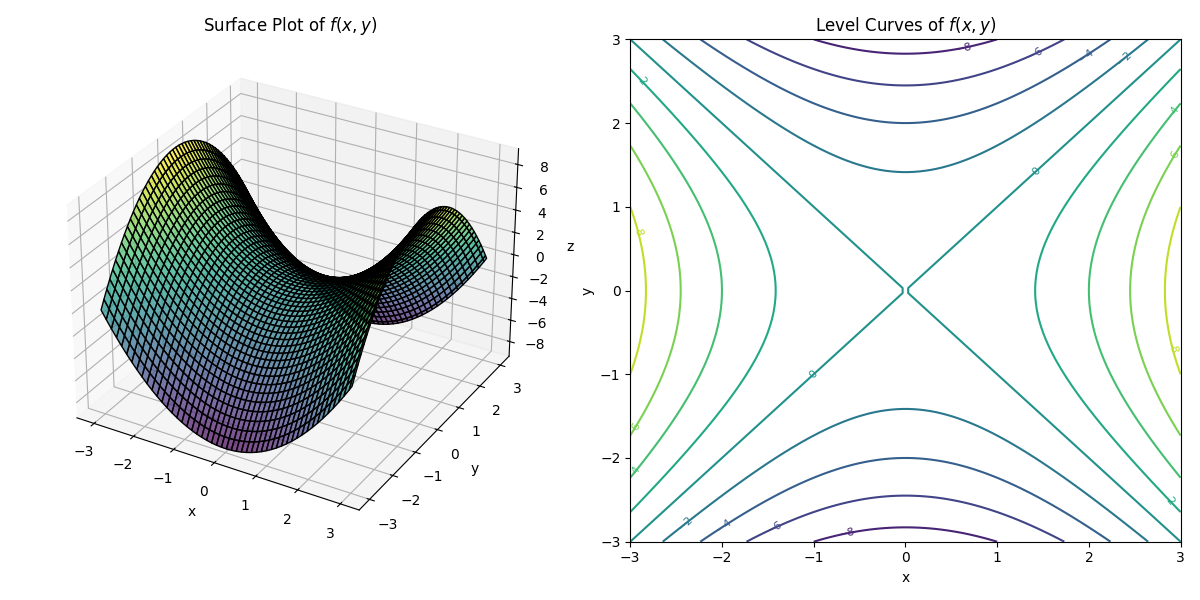
Repository: itsmibrahim123/CalculatorApp
Script's output: python Python/Chatbot.py
These files come from the project's save history. The script's output is drawn as it stood at one moment and after the next save; the edit follows.
Random numbers start from a fixed seed.

Above is the script's output before, as saved 2024-12-17 14:48:06.

After the next save:
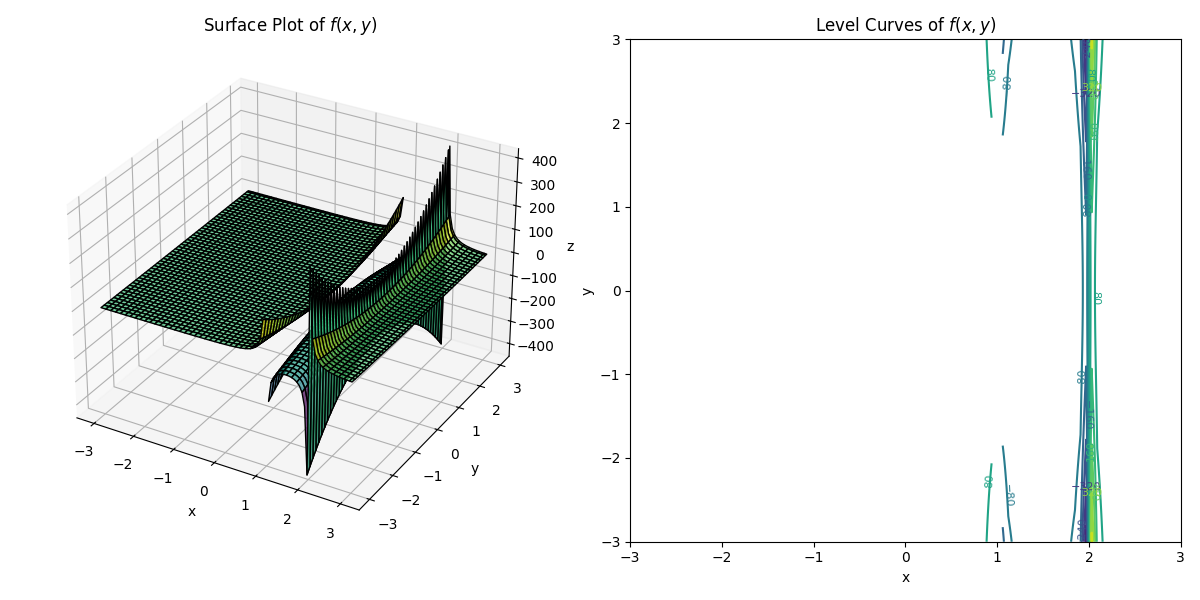
Saved 35 s later.
--- a/Python/Chatbot.py
+++ b/Python/Chatbot.py
@@ -5,7 +5,7 @@ x = np.linspace(-3, 3, 100)
 y = np.linspace(-3, 3, 100)
 X, Y = np.meshgrid(x, y)
 
-Z =  (X**2 - Y**2)
+Z =  ((X**2) +(Y**2))/((X**2) -(3 *X) + 2)
 
 fig = plt.figure(figsize=(12, 6))
 
